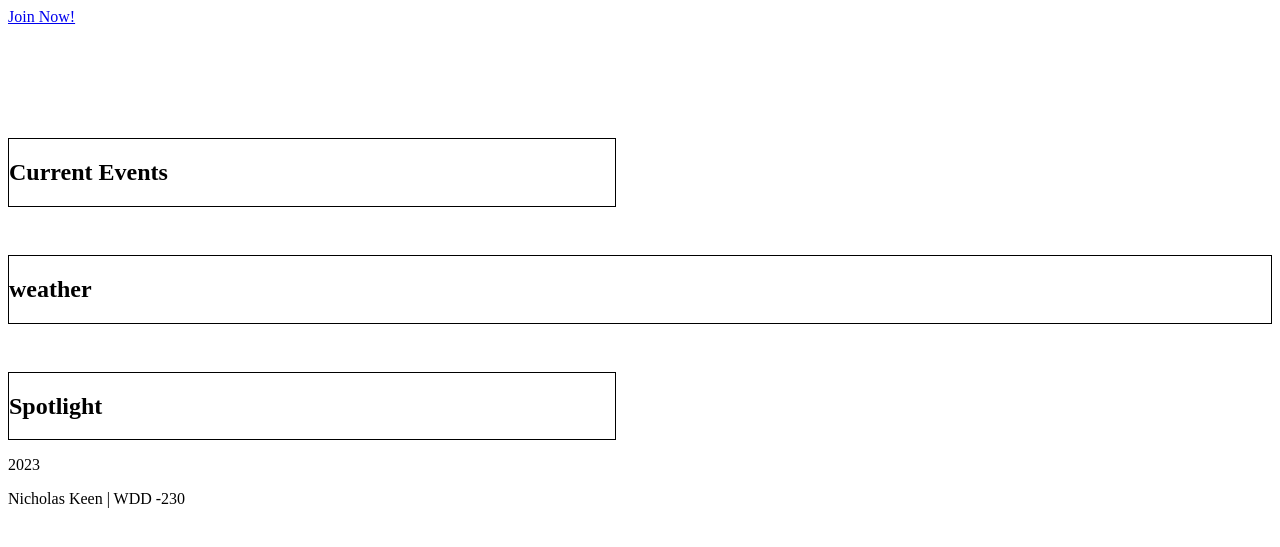
Repository: nak97/WDD230
Page: lesson03/chamber.html
The author's editor kept a copy of each file at every save. The page is drawn from the files as they stood at one save, then again after the next save.
The browser window is 1280 px wide. The pictures show the whole page.
Some web fonts or font styles are not loaded; a fallback is used.

Above is the page before, as saved 2023-10-07 19:49:22.

After the next save:
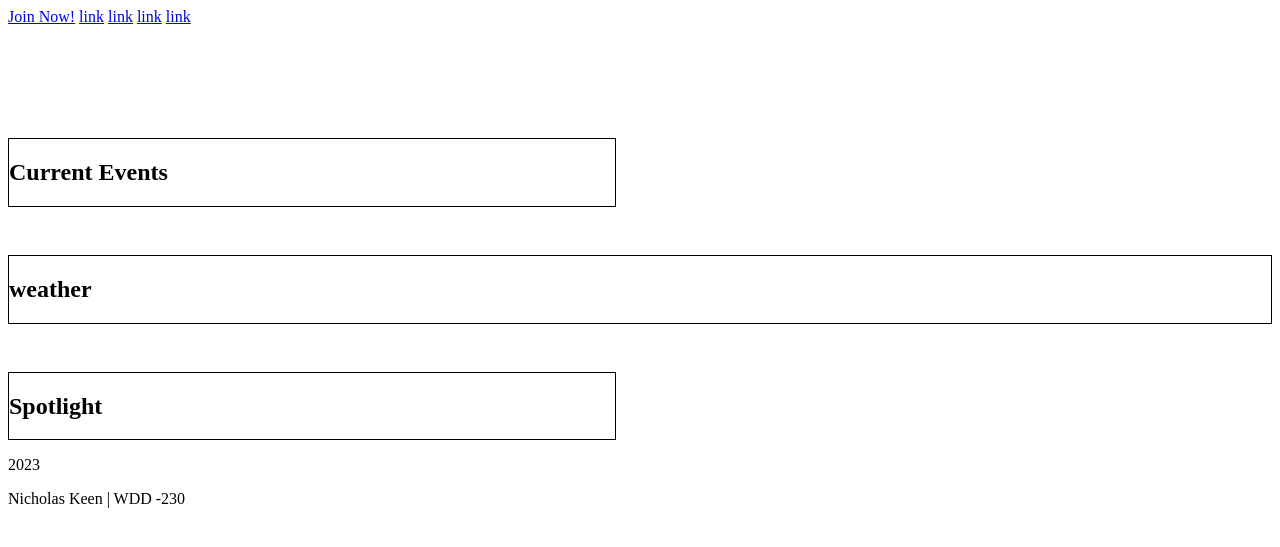
Saved 48 s later.
--- a/lesson03/chamber.html
+++ b/lesson03/chamber.html
@@ -24,6 +24,10 @@
   </header>
   <nav class="navigation" >
     <a href="#">Join Now!</a>
+    <a href="#">link</a>
+    <a href="#">link</a>
+    <a href="#">link</a>
+    <a href="#">link</a>
   </nav>
 
   <main>
